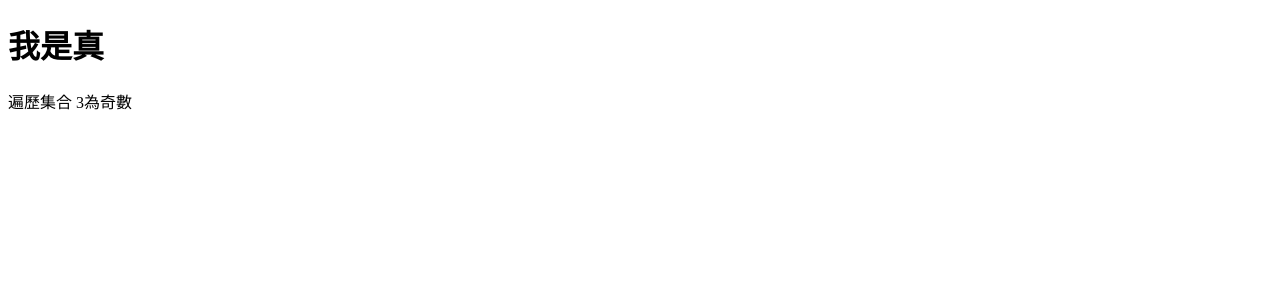
Repository: sc1314520/oce-test
Page: http://localhost/EE/jsp/basic/jstl3.jsp
The author's editor kept a copy of each file at every save. The page is drawn from the files as they stood at one save, then again after the next save.
The browser window is 1280 px wide. The pictures show the whole page.
The page is served by Tomcat 9. Nobody is signed in. The application's start-up code is not run. Other server files are loaded and not shown.

Above is the page before, as saved 2022-12-29 10:16:37.

### EE/src/main/webapp/jsp/basic/jstl3.jsp
<%@page import="java.util.ArrayList"%>
<%@page import="java.util.List"%>
<%@ page language="java" contentType="text/html; charset=UTF-8"
    pageEncoding="UTF-8"%>
<%@ taglib prefix="c" uri="http://java.sun.com/jsp/jstl/core" %>
<!DOCTYPE html>
<html>
<head>
<meta charset="UTF-8">
<title>Insert title here</title>
</head>
<body>
	<!--  test="接收 boolean 表達式" -->
	<c:if test="true">
		<h1>我是真</h1>
	</c:if>
	<%
		List list =new ArrayList();
		list.add("aaaa");
		request.setAttribute("list", list);

		request.setAttribute("number", 3);
	%>
	<c:if test="${not empty list}">
		遍歷集合
	</c:if>
	<c:if test="${number mod 2 !=0 }">
		${number }為奇數
	</c:if>
	<c:if test="${number mod 2 ==0 }">
		${number }為偶數
	</c:if>
</body>
</html>

After the next save:
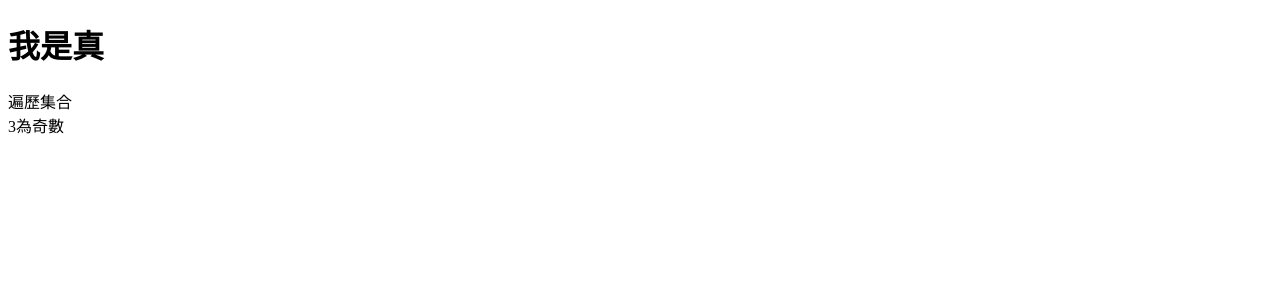
Saved 16 s later.
--- a/EE/src/main/webapp/jsp/basic/jstl3.jsp
+++ b/EE/src/main/webapp/jsp/basic/jstl3.jsp
@@ -23,7 +23,7 @@
 	%>
 	<c:if test="${not empty list}">
 		遍歷集合
-	</c:if>
+	</c:if> <br>
 	<c:if test="${number mod 2 !=0 }">
 		${number }為奇數
 	</c:if>
